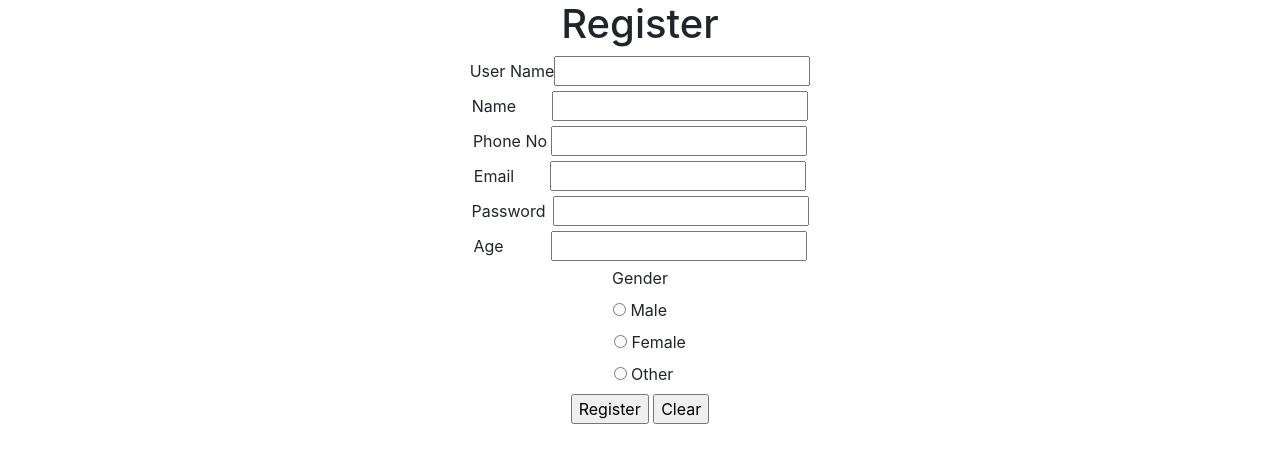
Repository: ramakrishnan1997/ram_javatraining
Page: http://localhost/AdminPortal/Register.jsp
These files come from the project's save history. The page is drawn as it stood at one moment and after the next save; the edit follows.
The browser window is 1280 px wide. The pictures show the whole page.
The page is served by Tomcat 9. Other server files are loaded and not shown.

Above is the page before, as saved 2022-07-04 04:41:46.

### AdminPortal/src/main/webapp/Register.jsp
<%@ page language="java" contentType="text/html; charset=UTF-8"
    pageEncoding="UTF-8"%>
<!DOCTYPE html>
<html>
<head>
<meta charset="UTF-8">
<title>Register</title>
<link rel="stylesheet"
	href="https://cdn.jsdelivr.net/npm/bootstrap@4.0.0/dist/css/bootstrap.min.css"
	integrity="sha384-Gn5384xqQ1aoWXA+058RXPxPg6fy4IWvTNh0E263XmFcJlSAwiGgFAW/dAiS6JXm"
	crossorigin="anonymous">
	<style type="text/css">
	.image{
	background-image:url("image/register.jpg");
	background-size: cover;
	background-repeat: no-repeat;

	}
	</style>
</head>
<body class="image">
<div class="container-fluid">
<div class="row">
<div class="col-md-4"></div>
<div class="col-md-4" align="center">
<h1 style="text-align:center">Register</h1>
<form action="add" method="get">
<div><label>User Name</label><input type="text" name="username" ></div>
<div><label>Name</label><input type="text" name="name" style="margin-left: 36px" ></div>
<div><label>Phone No</label><input type="text" name="phonenumber"  style="margin-left: 4px" ></div>
<div><label>Email</label><input type="email" name="email" style="margin-left: 36px" ></div>
<div><label>Password</label><input type="password" name="password" style="margin-left: 7px"></div>
<div><label>Age</label><input type="text" name="age" style="margin-left: 47px" ></div>
<div>
<label for="gender">Gender</label>
<div>
<input type="radio" value="Male" name="gender" >
<label>Male</label>
</div>
<div>
<input type="radio" value="Female" name="gender" style="margin-left: 20px" >
<label>Female</label>
</div>
<div>
<input type="radio" value="Other" name="gender" style="margin-left: 7px" >
<label>Other</label>
</div>
</div>
<input type="submit" value="Register">
<input type="reset" value="Clear">
</form>

</div>
</div>
<div class="col-md-4"></div>
</div>
</body>
</html>

### AdminPortal/src/main/java/com/taining/model/TravelServlet.java
package com.taining.model;

import java.io.IOException;
import java.sql.Connection;
import java.sql.SQLException;

import javax.servlet.RequestDispatcher;
import javax.servlet.ServletConfig;
import javax.servlet.ServletException;
import javax.servlet.annotation.WebServlet;
import javax.servlet.http.HttpServlet;
import javax.servlet.http.HttpServletRequest;
import javax.servlet.http.HttpServletResponse;

import com.taining.connection.ConnectionFactory;










/**
 * Servlet implementation class TravelServlet
 */
@WebServlet("/")
public class TravelServlet extends HttpServlet {
	private static final long serialVersionUID = 1L;
	Connection con = null;
	private TravelService service = null;
    /**
     * @see HttpServlet#HttpServlet()
     */
    public TravelServlet() {
        super();

    }

	/**
	 * @see Servlet#init(ServletConfig)
	 */
	public void init(ServletConfig config) throws ServletException {
		con = ConnectionFactory.getPostgresConnection();
		service = new TravelService(con);
	}

	/**
	 * @see Servlet#destroy()
	 */
	public void destroy() {
		try {
			con.close();
		} catch (SQLException e) {
			// TODO Auto-generated catch block
			e.printStackTrace();
		}
	}

	/**
	 * @see HttpServlet#doGet(HttpServletRequest request, HttpServletResponse response)
	 */
	protected void doGet(HttpServletRequest request, HttpServletResponse response) throws ServletException, IOException {
	String key=request.getServletPath();
		switch (key) {
	case "/":
		welcome(request,response);
		break;
	case "/add":
		addpage(request,response);
		break;
	default:
		break;
	}

	}

	private void addpage(HttpServletRequest request, HttpServletResponse response) throws ServletException, IOException {
		String username = request.getParameter("username");
		String name = request.getParameter("name");
		String phonenumber=request.getParameter("phonenumber");
		String email=request.getParameter("email");
		String password=request.getParameter("password");
		int age=Integer.parseInt(request.getParameter("age"));
		String gender=request.getParameter("gender");
		Travel entity=new Travel(username,name,phonenumber,email,password,age,gender);
		Travel added=service.add(entity);
		RequestDispatcher dispatcher=request.getRequestDispatcher("/Register.jsp");
		dispatcher.forward(request, response);

	}

	private void welcome(HttpServletRequest request, HttpServletResponse response) throws ServletException, IOException {

		RequestDispatcher dispatcher=request.getRequestDispatcher("/index.jsp");
		dispatcher.forward(request, response);
	}

	/**
	 * @see HttpServlet#doPost(HttpServletRequest request, HttpServletResponse response)
	 */
	protected void doPost(HttpServletRequest request, HttpServletResponse response) throws ServletException, IOException {
		doGet(request, response);

	}

}

### AdminPortal/src/main/java/com/taining/connection/ConnectionFactory.java
package com.taining.connection;

import java.sql.Connection;
import java.sql.DriverManager;
import java.sql.SQLException;
import java.util.ResourceBundle;

public class ConnectionFactory {
	public static Connection getPostgresConnection()
	{
		Connection con=null;
		ResourceBundle labels=ResourceBundle.getBundle("travelapplication");
		try
		{
			String url=labels.getString("datasource.postgres.url");
			String username=labels.getString("datasource.postgres.username");
			String password=labels.getString("datasource.postgres.password");
			String driverClass=labels.getString("datasource.postgres.driverclass");
			Class.forName(driverClass);
			con=DriverManager.getConnection(url,username,password);
		}
		catch (SQLException | ClassNotFoundException e)
		{
			e.printStackTrace();
		}
		return con;
	}
}

### AdminPortal/src/main/java/com/taining/intface/TravelRepository.java
package com.taining.intface;

public interface TravelRepository<T> {

	public T add(T t);
	public T findbyname(String username);

}

### AdminPortal/src/main/java/com/taining/model/TravelDB.java
package com.taining.model;

import java.sql.Connection;
import java.sql.PreparedStatement;

import com.taining.intface.TravelRepository;

public class TravelDB implements TravelRepository<Travel>{
	private Connection con;
	int rowAdded=0;
	public TravelDB(Connection con) {
		super();
		this.con=con;
	}

	public Travel add(Travel t) {
		String sql="insert into travel values(?,?,?,?,?,?,?)";
		try(PreparedStatement pstmt=con.prepareStatement(sql);)
		{

			pstmt.setString(1,t.getUsername());
			pstmt.setString(2, t.getName());
			pstmt.setString(3,t.getPhoneno());
			pstmt.setString(4,t.getPassword());
			pstmt.setString(5,t.getEmail());
			pstmt.setInt(6,t.getAge());
			pstmt.setString(7,t.getGender());
			 rowAdded =pstmt.executeUpdate();
		}
		catch (Exception e)
		{
		e.printStackTrace();
		}
		return rowAdded==1?t:null;

	}

	@Override
	public Travel findbyname(String username) {
		return null;


	}

}

After the next save:
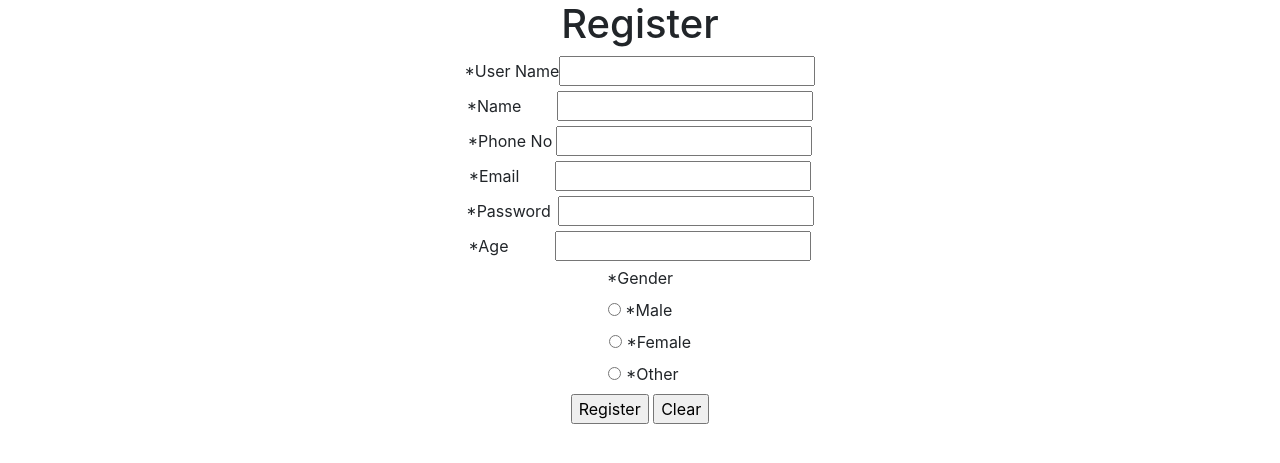
Saved 31 min 2 s later.
--- a/AdminPortal/src/main/webapp/Register.jsp
+++ b/AdminPortal/src/main/webapp/Register.jsp
@@ -16,7 +16,11 @@
 	background-repeat: no-repeat;
 
 	}
+	label:before {
+	content: "*";
+}
 	</style>
+
 </head>
 <body class="image">
 <div class="container-fluid">
